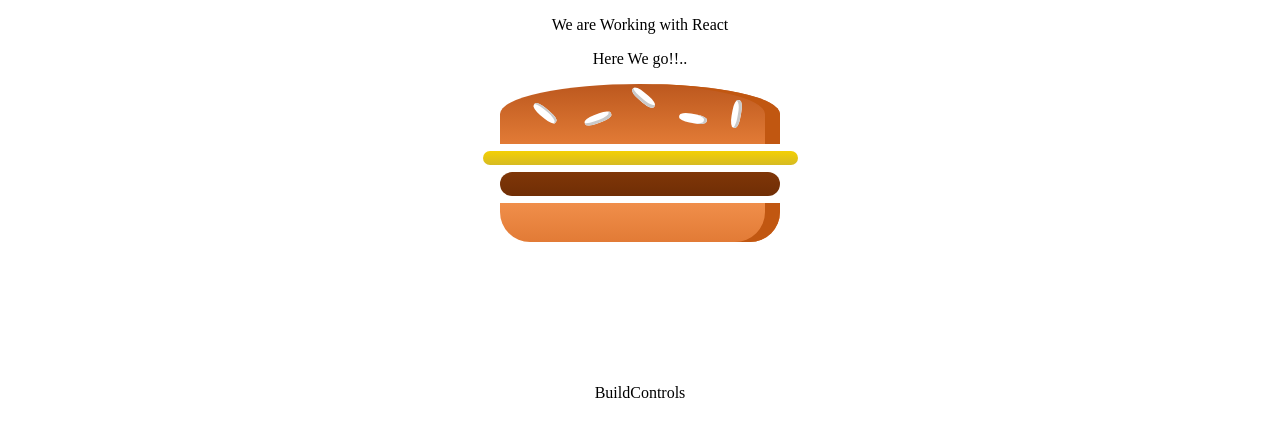
Repository: PiyushRajmsit/React-Burger-Building-App
Page: /
These files come from the project's save history. The page is drawn as it stood at one moment and after the next save; the edit follows.
The browser window is 1280 px wide. The pictures show the whole page.
The project was rebuilt for these pictures with package versions that can differ from the ones it lists, and the page was loaded fresh each time.

Above is the page before, as saved 2020-06-07 02:35:10.

### src/index.css
body {
  margin: 0;
  font-family: open-sans;
  -webkit-font-smoothing: antialiased;
  -moz-osx-font-smoothing: grayscale;
}

code {
  font-family: source-code-pro, Menlo, Monaco, Consolas, 'Courier New',
    monospace;
}

### src/App.js
import React,{Component} from 'react';
import Styles from './App.module.css';
import Layout from './components/Layout/Layout';
import BurgerBuilder from './containers/BurgerBuilder/BurgerBuilder'

class App extends Component{


  render(){
    return(

      <Layout>

        <div className={Styles.App}>
            <p> We are Working with React </p>
            <p> Here We go!!..</p>
            <BurgerBuilder/>
        </div>
      </Layout>

    );
  }



}

export default App;

### src/App.module.css
.App {
  text-align: center;
}

.App-logo {
  height: 40vmin;
  pointer-events: none;
}

@media (prefers-reduced-motion: no-preference) {
  .App-logo {
    animation: App-logo-spin infinite 20s linear;
  }
}

.AppHeader {
  background-color: #282c34;
  min-height: 100vh;
  display: flex;
  flex-direction: column;
  align-items: center;
  justify-content: center;
  font-size: calc(10px + 2vmin);
  color: white;
}

.App-link {
  color: #61dafb;
}

@keyframes App-logo-spin {
  from {
    transform: rotate(0deg);
  }
  to {
    transform: rotate(360deg);
  }
}

### src/components/Layout/Layout.js
import React from 'react';
import Aux from '../../hoc/Aux';
import Styles from './Layout.module.css'
const layout = (props) =>(
    <Aux>
        <main className={Styles.Content}>
            {props.children}
        </main>
    </Aux>
);
export default layout;

### src/containers/BurgerBuilder/BurgerBuilder.js
import React,{Component} from 'react';
import Aux from '../../hoc/Aux';
import Burger from '../../components/Burger/Burger'

class BurgerBuilder extends Component{


    render(){
        return(
            <Aux>
                <Burger/>
                <div>BuildControls</div>
            </Aux>


        );
    }

}

export default BurgerBuilder;

### src/components/Layout/Layout.module.css
.Content{
    margin-top: 16px;

}

### src/components/Burger/Burger.js
import React from 'react';
import Styles from './Burger.module.css';
import BurgerIngredient from './BurgerIngredient/BurgerIngredient';

const burger = (props) =>{

    return(
        <div className={Styles.Burger}>
            <BurgerIngredient type='bread-top'/>
            <BurgerIngredient type='cheese'/>
            <BurgerIngredient type='meat'/>
            <BurgerIngredient type='bread-bottom'/>
        </div>
    );


}
export default burger;

### src/components/Burger/Burger.module.css
.Burger{
    width: 100%;
    margin: auto;
    height: 250px;
    text-align: center;
    font-weight: bold;
    font-size: 1.2em;
}

@media (min-width: 500px) and (min-height: 400px){
    .Burger{
        width: 350px;
        height: 300px;

    }
}

### src/components/Burger/BurgerIngredient/BurgerIngredient.js
import React,{Component} from 'react';
import Styles from './BurgerIngredient.module.css';
import PropTypes from 'prop-types';

class BurgerIngredient extends Component{

    render(){
        let ingredient = null;
        switch(this.props.type){

            case('bread-bottom'):
                ingredient = <div className={Styles.BreadBottom}></div>;
                break;

            case('bread-top'):
                ingredient = (<div className={Styles.BreadTop}>
                                <div className={Styles.Seeds1}></div>
                                <div className={Styles.Seeds2}></div>
                            </div>);
                break;

            case('meat'):
                ingredient = <div className={Styles.Meat}></div>;
                break;

            case('cheese'):
                ingredient = <div className={Styles.Cheese}></div>;
                break;

            case('salad'):
                ingredient = <div className={Styles.Salad}></div>;
            break;

            case('bacon'):
                ingredient = <div className={Styles.Bacon}></div>;
            break;
            default:
                ingredient = null;
            break;
        }
        return (ingredient);
    };

};

export default BurgerIngredient;

### src/components/Burger/BurgerIngredient/BurgerIngredient.module.css
.BreadBottom {
    height: 13%;
    width: 80%;
    background: linear-gradient(#F08E4A, #e27b36);
    border-radius: 0 0 30px 30px;
    box-shadow: inset -15px 0 #c15711;
    margin: 2% auto;
}

.BreadTop {
    height: 20%;
    width: 80%;
    background: linear-gradient(#bc581e, #e27b36);
    border-radius: 50% 50% 0 0;
    box-shadow: inset -15px 0 #c15711;
    margin: 2% auto;
    position: relative;
}

.Seeds1 {
    width: 10%;
    height: 15%;
    position: absolute;
    background-color: white;
    left: 30%;
    top: 50%;
    border-radius: 40%;
    transform: rotate(-20deg);
    box-shadow: inset -2px -3px #c9c9c9;
}

.Seeds1:after {
    content: "";
    width: 100%;
    height: 100%;
    position: absolute;
    background-color: white;
    left: -170%;
    top: -260%;
    border-radius: 40%;
    transform: rotate(60deg);
    box-shadow: inset -1px 2px #c9c9c9;
  }

.Seeds1:before {
    content: "";
    width: 100%;
    height: 100%;
    position: absolute;
    background-color: white;
    left: 180%;
    top: -50%;
    border-radius: 40%;
    transform: rotate(60deg);
    box-shadow: inset -1px -3px #c9c9c9;
  }

  .Seeds2 {
    width: 10%;
    height: 15%;
    position: absolute;
    background-color: white;
    left: 64%;
    top: 50%;
    border-radius: 40%;
    transform: rotate(10deg);
    box-shadow: inset -3px 0 #c9c9c9;
  }

  .Seeds2:before {
    content: "";
    width: 100%;
    height: 100%;
    position: absolute;
    background-color: white;
    left: 150%;
    top: -130%;
    border-radius: 40%;
    transform: rotate(90deg);
    box-shadow: inset 1px 3px #c9c9c9;
  }


.Meat {
    width: 80%;
    height: 8%;
    background: linear-gradient(#7f3608, #702e05);
    margin: 2% auto;
    border-radius: 15px;
}

.Cheese {
    width: 90%;
    height: 4.5%;
    margin: 2% auto;
    background: linear-gradient(#f4d004, #d6bb22);
    border-radius: 20px;
}

.Salad {
    width: 85%;
    height: 7%;
    margin: 2% auto;
    background: linear-gradient(#228c1d, #91ce50);
    border-radius: 20px;
}

.Bacon {
    width: 80%;
    height: 3%;
    background: linear-gradient(#bf3813, #c45e38);
    margin: 2% auto;
}

Loaded but not shown: public/index.html (common file); src/index.js (common file); src/serviceWorker.js (common file); src/hoc/Aux.js (common file)

After the next save:
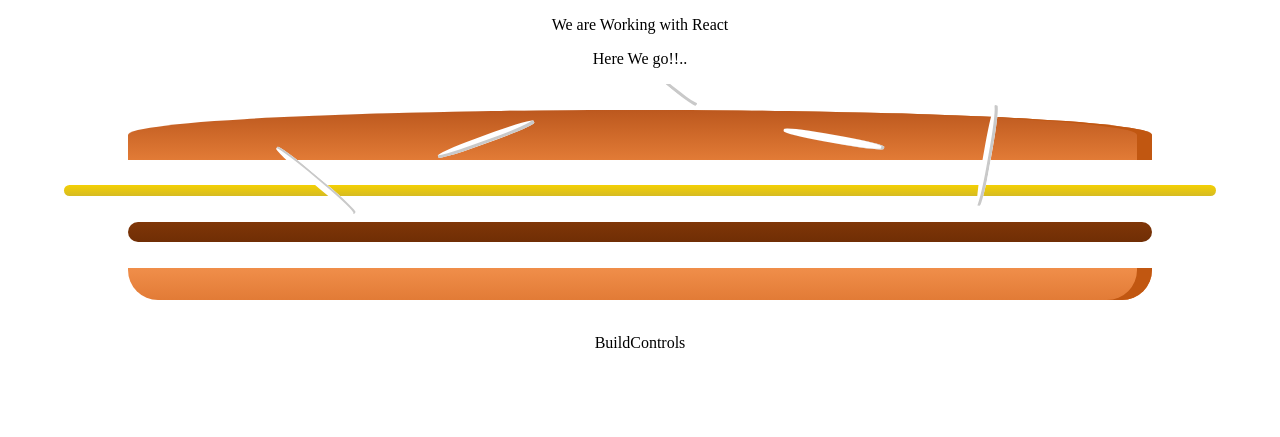
Saved 9 min 30 s later.
--- a/src/components/Burger/Burger.module.css
+++ b/src/components/Burger/Burger.module.css
@@ -5,9 +5,10 @@
     text-align: center;
     font-weight: bold;
     font-size: 1.2em;
+    overflow: scroll;
 }
 
-@media (min-width: 500px) and (min-height: 400px){
+@media (min-width: 500px) and (min-height: 4001px){
     .Burger{
         width: 350px;
         height: 300px;
